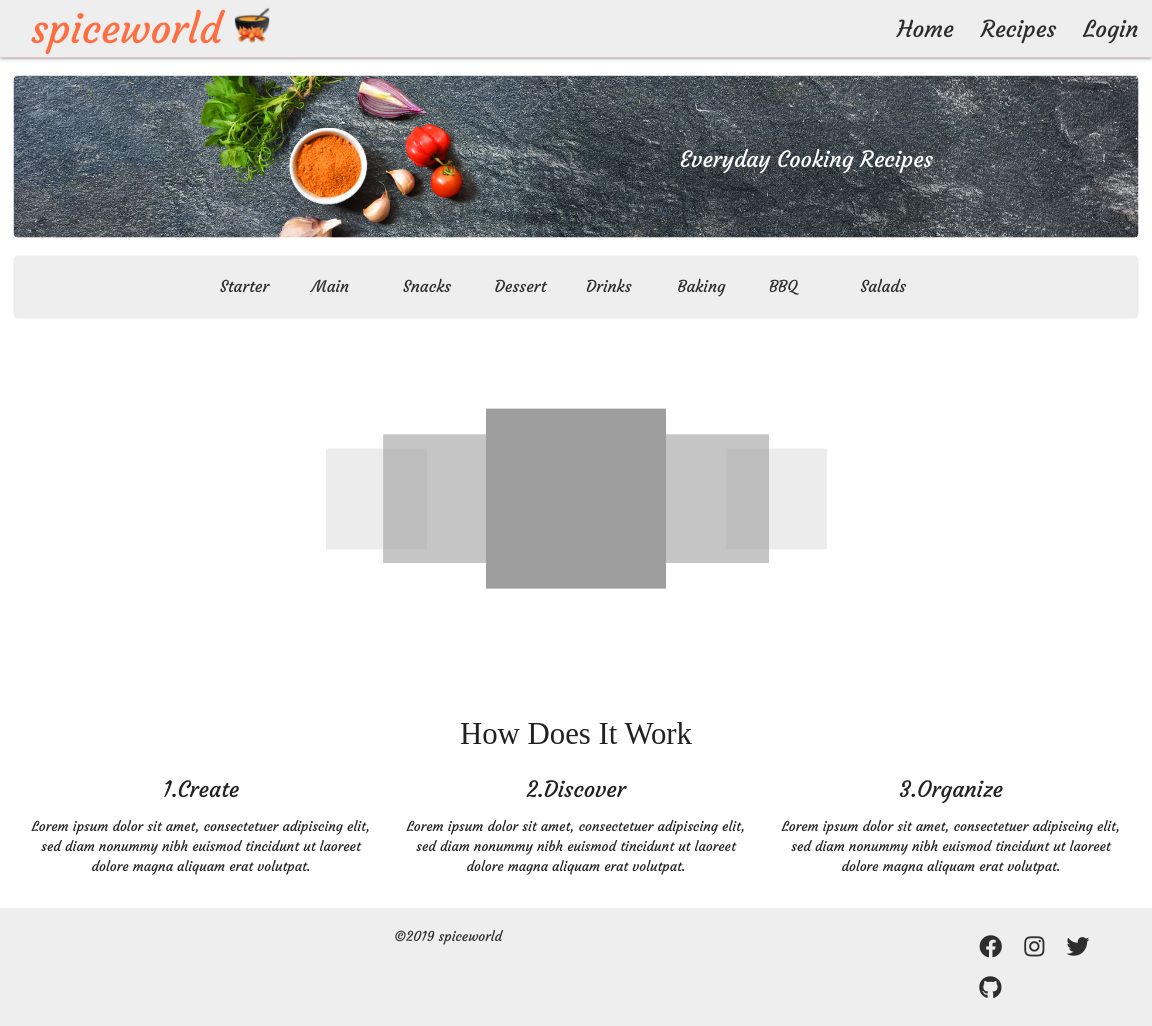
Repository: stephyraju/spiceworld
Page: http://localhost/
The author's editor kept a record of every edit. The page is drawn from the files as they stood at one moment, then again after the next edit.
The browser window is 1280 px wide. The pictures show the whole page, at 90% of full size.
Pictures or frames that could not be fetched are drawn as grey boxes. Some web libraries are served in a nearby version. The page is served by the project's application, run on Flask 3 (app.py). Queries for data that is not in the repository find no rows.

Above is the page before.

After the next edit:
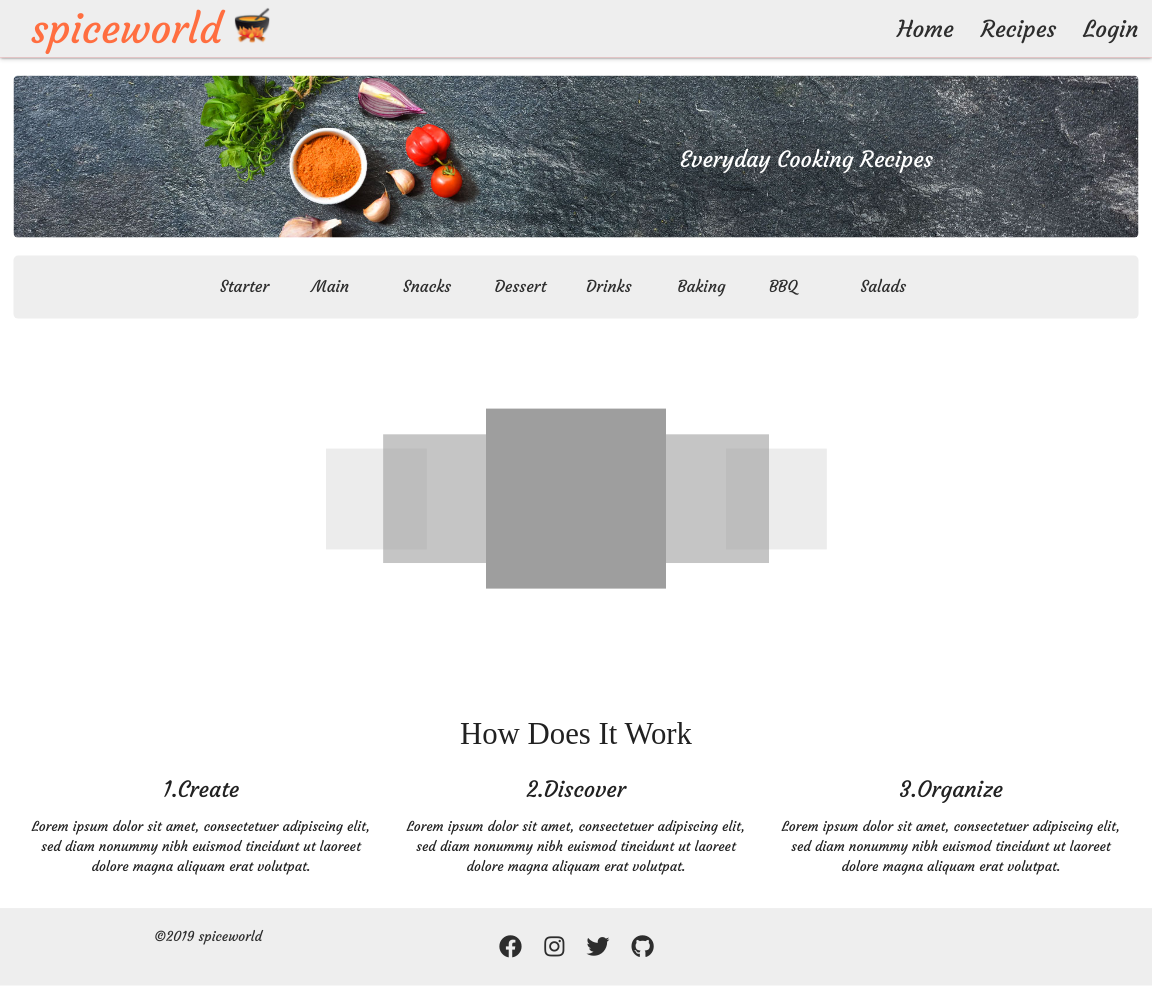
The edit:
--- a/templates/base.html
+++ b/templates/base.html
@@ -56,7 +56,7 @@
         <div class="col s5 m2">
           <div>&copy;2019 spiceworld</div>
         </div>
-        <div class="col s7 m2">
+        <div class="col s7">
                     <a href="https://www.facebook.com/" target="_blank"><i class="fab fa-facebook social-icon"></i></a>
                     <a href="https://www.instagram.com/" target="_blank"><i class="fab fa-instagram social-icon"></i></a>
                     <a href="https://www.twitter.com/" target="_blank"><i class="fab fa-twitter social-icon"></i></a>
